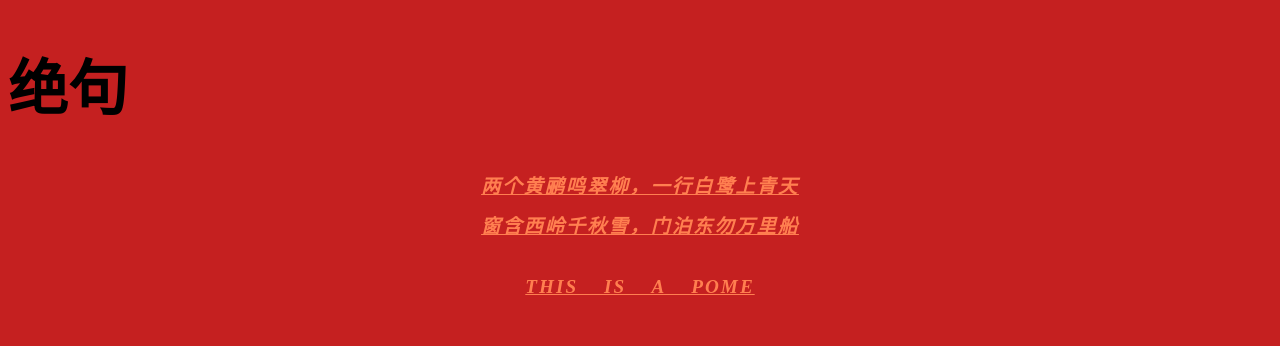
Repository: ljx1197678031/Wed-Design
Page: 01/3.html
The author's editor kept a copy of each file at every save. The page is drawn from the files as they stood at one save, then again after the next save.
The browser window is 1280 px wide. The pictures show the whole page.

Above is the page before, as saved 2020-06-01 22:47:57.

### 01/3.html
<!DOCTYPE html>
<html lang="en">
<head>
    <meta charset="UTF-8">
    <meta name="viewport" content="width=device-width, initial-scale=1.0">
    <title>Document</title>
    <style>
        h1{
            font-family: "仿宋";
            font-size: 60px;
        }
        p{
            font-family: "微软雅黑";
            font-size: larger;
            font-style: italic;
            font-weight: bolder;
            color: coral;
            letter-spacing:2px;/*定义字与字之间的距离*/
            word-spacing: 1em;/*定义字与字之间的空格的距离(英文)*/
            text-decoration:underline;
            text-align: center;
            text-transform: uppercase;
            line-height: 40px;
            /*background-image: url(../img/1.jpg);*/
        }
        body{
            background-color:rgb(197, 32, 32);
        }
        #pome{
            background-repeat: no-repeat;
            background-color: ;
        }
    </style>
</head>
<body>
    <h1>绝句</h1>
    <div id="pome">
    <p>两个黄鹂鸣翠柳，一行白鹭上青天
    <br/>窗含西岭千秋雪，门泊东勿万里船
    </p>
    <P>this is a pome</P>
    </div>
</body>
</html>

After the next save:
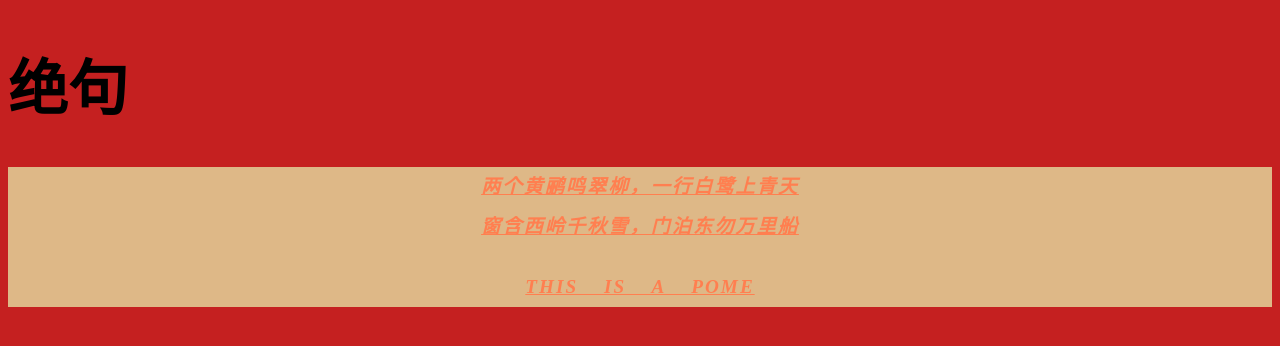
Saved 6 s later.
--- a/01/3.html
+++ b/01/3.html
@@ -28,7 +28,7 @@
         }
         #pome{
             background-repeat: no-repeat;
-            background-color: ;
+            background-color: burlywood;
         }
     </style>
 </head>
